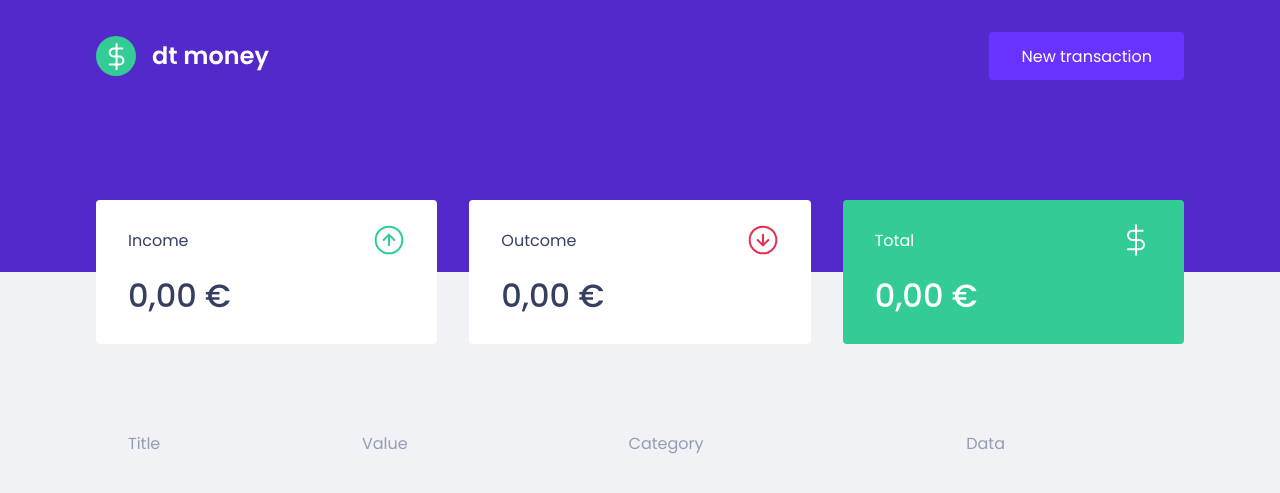
Repository: JoseGu1llardi/dtmoney
Page: /
The author's editor kept a copy of each file at every save. The page is drawn from the files as they stood at one save, then again after the next save.
The browser window is 1280 px wide. The pictures show the whole page.
The page's requests for data from a server got no answer. The project was rebuilt for these pictures with package versions that can differ from the ones it lists, and the page was loaded fresh each time. No one was signed in, and anything a server would have sent is missing.

Above is the page before, as saved 2023-01-08 20:49:12.

### public/index.html
<!DOCTYPE html>
<html lang="en">
  <head>
    <link rel="preconnect" href="https://fonts.googleapis.com" />
    <link rel="preconnect" href="https://fonts.gstatic.com" crossorigin />

    <meta charset="utf-8" />
    <meta name="viewport" content="width=device-width, initial-scale=1" />

    <link
      href="https://fonts.googleapis.com/css2?family=Poppins:wght@400;500;600&display=swap"
      rel="stylesheet"
    />

    <link rel="shortcut icon" href="favicon.png" type="image/png" />

    <title>Guillardi Money</title>
  </head>
  <body>
    <noscript>You need to enable JavaScript to run this app.</noscript>
    <div id="root"></div>
  </body>
</html>

### src/index.tsx
import { StrictMode } from 'react';

import { createRoot } from 'react-dom/client';

import { Model, createServer } from 'miragejs';

import { App } from './App';

createServer({
  models: {
    transaction: Model,
  },

  seeds(server) {
    server.db.loadData({
      transactions: [
        {
          id: 1,
          title: "Application development",
          type: "deposit",
          category: "Development",
          amount: 10000,
          createdAt: new Date('2022-12-15 14:00:00'),
        },
        {
          id: 2,
          title: "House rent",
          type: "withdraw",
          category: "Housing/Survival",
          amount: 1500,
          createdAt: new Date('2022-12-05 09:00:00'),
        }
      ]
    })
  },

  routes() {
    this.namespace = 'api';

    this.get('/transactions', () => {
      return this.schema.all('transaction')
    });

    this.post('/transactions', (schema, request) => {
      const data = JSON.parse(request.requestBody);

      return schema.create('transaction', data);
    })
  }
});

const root = createRoot(
  document.getElementById('root') as HTMLElement
);
root.render(
  <StrictMode>
    <App />
  </StrictMode>
);

### src/App.tsx
import { useState } from 'react';

import { Header } from "./components/Header";
import { Dashboard } from "./components/Dashboard";
import { NewTransactionModal } from './components/NewTransactionModal';

import { GlobalStyle } from "./styles/global";

import { TransactionsProvider } from './contexts/TransactionsContext';

export function App() {
  const [isNewTransactionModalOpen, setIsNewTransactionModalOpen] = useState(false);

  function handleOpenNewTransactionModal() {
    setIsNewTransactionModalOpen(true);
  }

  function handleCloseNewTransactionModal() {
    setIsNewTransactionModalOpen(false);
  }

  return (
    <TransactionsProvider>
      <Header onOpenNewTransactionModal={handleOpenNewTransactionModal} />

      <Dashboard />

      <NewTransactionModal
        isOpen={isNewTransactionModalOpen}
        onRequestClose={handleCloseNewTransactionModal}
      />

      <GlobalStyle />
    </TransactionsProvider>
  );
}

### src/components/Header/index.tsx
import logoImg from '../../assets/logo.svg';

import { Container, Content } from './styles';

interface HeaderProps {
    onOpenNewTransactionModal: () => void;
}

export function Header({ onOpenNewTransactionModal }: HeaderProps) {

    return (
        <Container>
            <Content>
                <img src={logoImg} alt="Logo Guillardi Money" />
                <button onClick={onOpenNewTransactionModal}>
                    New transaction
                </button>

            </Content>
        </Container>
    )
}

### src/components/Dashboard/index.tsx
import { Summary } from "../Summary";
import { TransactionTable } from "../TransactionsTable";

import { Container } from "./styles";


export function Dashboard() {
    return (
        <Container>
            <Summary />
            <TransactionTable />
        </Container>
    )
}

### src/components/NewTransactionModal/index.tsx
import { useState, FormEvent, useContext } from 'react';

import { TransactionsContext } from '../../contexts/TransactionsContext';

import Modal from 'react-modal';

import incomeImg from '../../assets/income.svg';
import outcomeImg from '../../assets/outcome.svg';
import closeImg from '../../assets/close.svg';

import { Container, TransactionTypeContainer, RadioBox } from './styles';

Modal.setAppElement('#root');

interface NewTransactionModalProps {
    isOpen: boolean;
    onRequestClose: () => void;
}

export function NewTransactionModal({ isOpen, onRequestClose }: NewTransactionModalProps) {
    const { createTransaction } = useContext(TransactionsContext);

    const [title, setTitle] = useState('');
    const [amount, setAmount] = useState(0);
    const [category, setCategory] = useState('');
    const [type, setType] = useState('deposit');

    async function handleCreateNewTransaction(e: FormEvent) {
        e.preventDefault();

        await createTransaction({
            title,
            amount,
            type,
            category
        });

        setTitle('');
        setAmount(0);
        setType('deposit');
        setCategory('');

        onRequestClose();
    }

    return (
        <Modal
            isOpen={isOpen}
            onRequestClose={onRequestClose}
            overlayClassName='react-modal-overlay'
            className='react-modal-content'
        >
            <button
                type='button'
                className='react-modal-close'
                onClick={onRequestClose}
            >
                <img src={closeImg} alt="Logo close modal" />
            </button>

            <Container onSubmit={handleCreateNewTransaction}>
                <h2>Register transaction</h2>

                <input
                    type='text'
                    placeholder='Title'
                    value={title}
                    onChange={e => setTitle(e.target.value)}
                />

                <input
                    placeholder='Value'
                    value={amount}
                    onChange={e => setAmount(Number(e.target.value))}
                />

                <TransactionTypeContainer>
                    <RadioBox
                        type='button'
                        onClick={() => setType('deposit')}
                        isActive={type === 'deposit'}
                        activeColor='green'
                    >
                        <img src={incomeImg} alt="Entry" />
                        <span>Input</span>
                    </RadioBox>

                    <RadioBox
                        type='button'
                        onClick={() => setType('withdraw')}
                        isActive={type === 'withdraw'}
                        activeColor='red'
                    >
                        <img src={outcomeImg} alt="Entry" />
                        <span>Output</span>
                    </RadioBox>
                </TransactionTypeContainer>

                <input
                    type="text"
                    placeholder='Category'
                    value={category}
                    onChange={e => setCategory(e.target.value)}
                />

                <button type='submit'>
                    Register
                </button>
            </Container>
        </Modal>
    )
}

### src/styles/global.ts
import { createGlobalStyle } from "styled-components";

export const GlobalStyle = createGlobalStyle`
    :root {
        --background: #F0F2F5;
        --red: #e52e4d;
        --blue: #5429cc;
        --green: #33cc95;
        --white: #FFFFFF;

        --blue-light: #6933ff;

        --text-title: #363f5f;
        --text-body: #969cb3;

        --background: #f0f2f5;
        --shape: #ffffff;
    }

    * {
        margin: 0;
        padding: 0;
        box-sizing: border-box;
    }

    html {
        @media (max-width: 1080px) {
            font-size: 93.75%;

        @media (max-width: 720px) {
            font-size: 87.5%;
        }
    }

    }

    body {
        background: var(--background);
        -webkit-font-smoothing: antialiased;
    }

    body, input, textarea, button {
        font-family: 'Poppins', sans-serif;
        font-weight: 400;
    }

    h1, h2, h3, h4, h5, h6, strong {
        font-weight: 600;
    }

    button {
        cursor: pointer;
    }

    [disabled] {
        opacity: 0.6;
        cursor: not-allowed;
    }

    .react-modal-overlay {
        background: rgba(0, 0, 0, .5);

        position: fixed;
        top: 0;
        bottom: 0;
        left: 0;
        right: 0;

        display: flex;
        align-items: center;
        justify-content: center;
    }

    .react-modal-content {
        width: 100%;
        max-width: 576px;
        background: var(--background);
        padding: 3rem;
        position: relative;
        border-radius: .25rem;
    }

    .react-modal-close {
        position: absolute;
        right: 1.5rem;
        top: 1.5rem;
        border: 0;
        background: transparent;

        transition: filter .2s;

        &:hover {
            filter: brightness(.7);
        }
    }
`;

### src/contexts/TransactionsContext.tsx
import { createContext, useState, useEffect, ReactNode } from "react";

import { api } from '../services/api';

interface Transaction {
    id: number;
    title: string;
    amount: number;
    type: string;
    category: string;
    createdAt: string;
}

interface TransactionsContextData {
    transactions: Transaction[];
    createTransaction: (transaction: TransactionInput) => Promise<void>;
}

export const TransactionsContext = createContext<TransactionsContextData>({} as TransactionsContextData);

type TransactionInput = Omit<Transaction, 'id' | 'createdAt'>;

interface TransactionProviderPros {
    children: ReactNode;
}

export function TransactionsProvider({ children }: TransactionProviderPros) {
    const [transactions, setTransactions] = useState<Transaction[]>([]);

    useEffect(() => {
        api.get('transactions')
            .then(res => setTransactions(res.data.transactions));
    }, [transactions]);

    async function createTransaction(transactionInput: TransactionInput) {
        const response = await api.post('/transactions', {
            ...transactionInput,
            createdAt: new Date(),
        });

        const { transaction } = response.data;

        setTransactions([...transactions, transaction]);
    }

    return (
        <TransactionsContext.Provider value={{ transactions, createTransaction }}>
            {children}
        </TransactionsContext.Provider>
    )
}

### src/components/Header/styles.ts
import styled from "styled-components";

export const Container = styled.header`
  background: var(--blue);
`;

export const Content = styled.div`
  max-width: 1120px;
  margin: 0 auto;

  padding: 2rem 1rem 12rem;
  display: flex;
  align-items: center;
  justify-content: space-between;

  button {
    font-size: 1rem;
    color: white;
    background: var(--blue-light);
    border: 0;
    padding: 0 2rem;
    border-radius: 0.25rem;
    height: 3rem;

    transition: filter 0.2s;

    &:hover {
      filter: brightness(0.9);
    }
  }
`;

### src/components/Summary/index.tsx
import { useContext } from 'react';

import { TransactionsContext } from '../../contexts/TransactionsContext';

import { Container } from './styles';

import incomeImg from '../../assets/income.svg';
import outcomeImg from '../../assets/outcome.svg';
import totalImg from '../../assets/total.svg';

export function Summary() {
    const { transactions } = useContext(TransactionsContext);

    const summary = transactions.reduce((acc, transaction) => {
        if (transaction.type === 'deposit') {
            acc.deposits += transaction.amount
            acc.total += transaction.amount
        } else {
            acc.withdraws += transaction.amount;
            acc.total -= transaction.amount;
        }

        return acc;

    }, {
        deposits: 0,
        withdraws: 0,
        total: 0
    });

    return (
        <Container>
            <div>
                <header>
                    <p>Income</p>
                    <img src={incomeImg} alt="Logo income" />
                </header>
                <strong>{new Intl.NumberFormat('de-DE', {
                    style: 'currency',
                    currency: 'EUR',
                }).format(summary.deposits)}</strong>
            </div>

            <div>
                <header>
                    <p>Outcome</p>
                    <img src={outcomeImg} alt="Logo outcome" />
                </header>
                <strong>{new Intl.NumberFormat('de-DE', {
                    style: 'currency',
                    currency: 'EUR',
                }).format(summary.withdraws)}</strong>
            </div>

            <div className="highlight-background">
                <header>
                    <p>Total</p>
                    <img src={totalImg} alt="Logo total" />
                </header>
                <strong>{new Intl.NumberFormat('de-DE', {
                    style: 'currency',
                    currency: 'EUR',
                }).format(summary.total)}</strong>
            </div>
        </Container>
    )
}

### src/components/TransactionsTable/index.tsx
import { useContext } from 'react';

import { TransactionsContext } from '../../contexts/TransactionsContext';

import { Container } from './styles';

export function TransactionTable() {
    const { transactions } = useContext(TransactionsContext);

    return (
        <Container>
            <table>
                <thead>
                    <tr>
                        <th>Title</th>
                        <th>Value</th>
                        <th>Category</th>
                        <th>Data</th>
                    </tr>
                </thead>

                <tbody>
                    {
                        transactions.map(transaction => (
                            <tr key={transaction.id}>
                                <td>{transaction.title}</td>
                                <td className={transaction.type}>
                                    {new Intl.NumberFormat('de-DE', {
                                        style: 'currency',
                                        currency: 'EUR'
                                    }).format(transaction.amount)}
                                </td>
                                <td>{transaction.category}</td>
                                <td>
                                    {new Intl.DateTimeFormat('pt-BR').format(new Date(transaction.createdAt))}
                                </td>
                            </tr>
                        ))
                    }
                </tbody>
            </table>
        </Container>
    )
}

### src/components/NewTransactionModal/styles.ts
import styled from "styled-components";

import { darken, transparentize } from "polished";

export const Container = styled.form`
  h2 {
    color: var(--text-title);
    font-size: 1.5rem;
    margin-bottom: 2rem;
  }

  input {
    width: 100%;
    height: 4rem;
    padding: 0 1.5rem;

    background: #e7e9ee;
    border-radius: 0.25rem;
    border: 1px solid #d7d7d7;

    font-weight: 400;
    font-size: 1rem;

    &::placeholder {
      color: var(--text-body);
    }

    & + input {
      margin-top: 1rem;
    }
  }

  button[type="submit"] {
    width: 100%;
    padding: 0 1.5rem;
    height: 4rem;
    background: var(--green);
    color: var(--white);
    border-radius: 0.25rem;
    border: 0;
    font-size: 1rem;
    font-weight: 600;
    margin-top: 1.5rem;

    transition: filter 0.2s;

    &:hover {
      filter: brightness(0.9);
    }
  }
`;

export const TransactionTypeContainer = styled.div`
  margin: 1rem 0;
  display: grid;
  grid-template-columns: repeat(2, 1fr);
  gap: 0.5rem;
`;

interface RadioBoxProps {
  isActive: boolean;
  activeColor: "green" | "red";
}

const colors = {
  green: "#33cc95",
  red: "#e52e4d",
};

export const RadioBox = styled.button<RadioBoxProps>`
  height: 4rem;
  border: 1px solid #d7d7d7;
  border-radius: 0.25rem;

  background: ${(props) =>
    props.isActive
      ? transparentize(0.7, colors[props.activeColor])
      : "transparent"};

  display: flex;
  align-items: center;
  justify-content: center;

  transition: border-color 0.2s;

  &:hover {
    border-color: ${darken(0.1, "#D7D7D7")};
  }

  img {
    width: 20px;
    height: 20px;
  }

  span {
    display: inline-block;
    margin-left: 1rem;
    font-size: 1rem;
    color: var(--text-title);
    font-weight: 500;
  }
`;

### src/components/Summary/styles.ts
import styled from "styled-components";

export const Container = styled.div`
  display: grid;
  grid-template-columns: repeat(3, 1fr);
  gap: 2rem;
  margin-top: -7rem;

  div {
    background: var(--shape);
    padding: 1.5rem 2rem;
    border-radius: 0.25rem;
    color: var(--text-title);

    header {
      display: flex;
      align-items: center;
      justify-content: space-between;
    }

    strong {
      display: block;
      margin-top: 1rem;
      font-size: 2rem;
      font-weight: 500;
    }

    &.highlight-background {
      background: var(--green);
      color: white;
    }
  }
`;

Loaded but not shown: src/components/Dashboard/styles.ts (common file); src/services/api.ts (common file); src/components/TransactionsTable/styles.ts (common file)

After the next save:
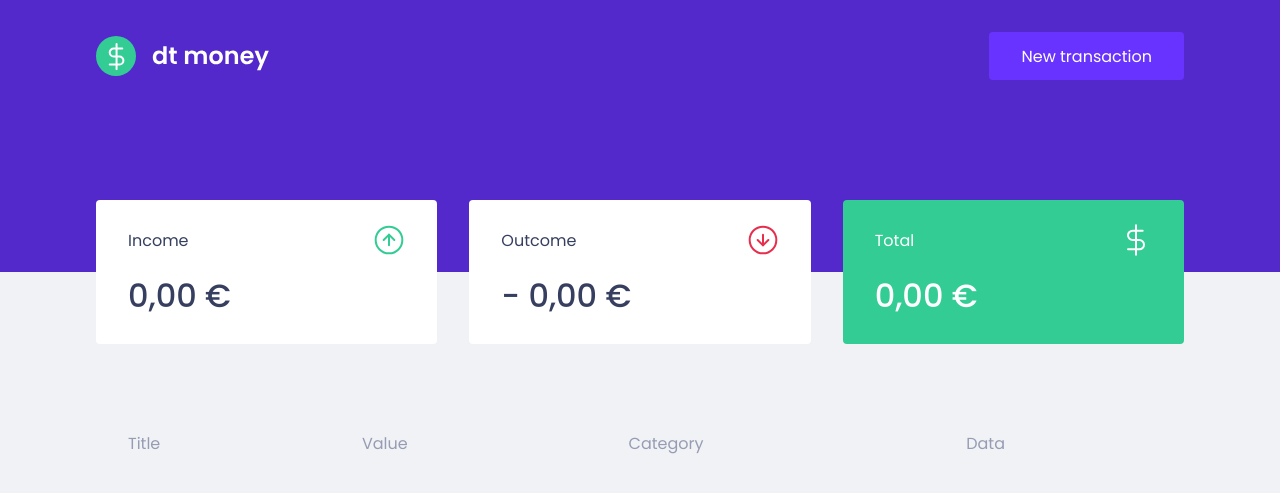
Saved 2 min 13 s later.
--- a/src/components/Summary/index.tsx
+++ b/src/components/Summary/index.tsx
@@ -46,7 +46,7 @@
                     <p>Outcome</p>
                     <img src={outcomeImg} alt="Logo outcome" />
                 </header>
-                <strong>{new Intl.NumberFormat('de-DE', {
+                <strong>- {new Intl.NumberFormat('de-DE', {
                     style: 'currency',
                     currency: 'EUR',
                 }).format(summary.withdraws)}</strong>

After the save that followed:
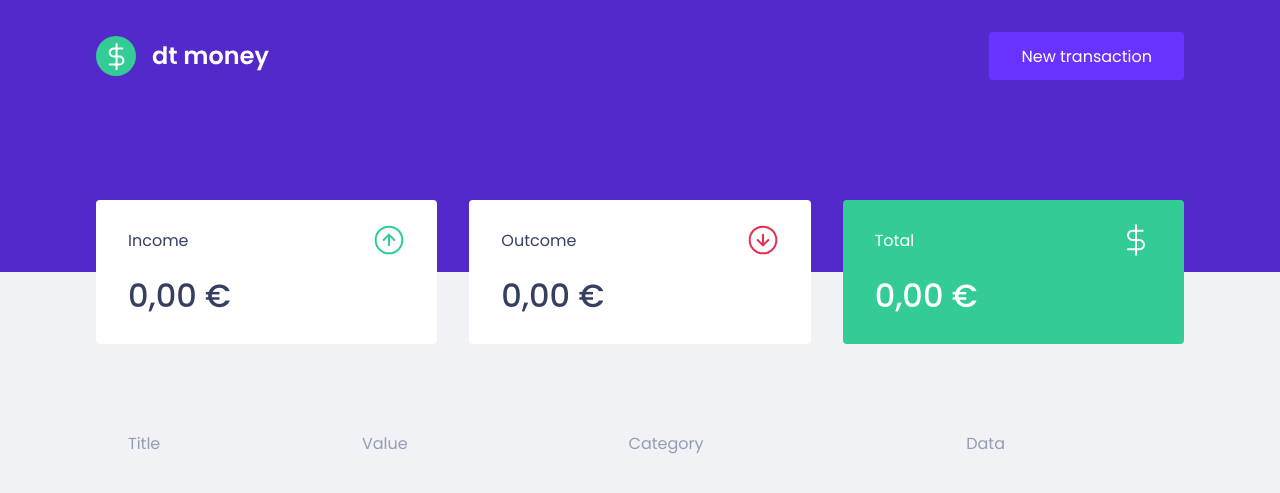
Saved 43 s later.
--- a/src/components/Summary/index.tsx
+++ b/src/components/Summary/index.tsx
@@ -16,7 +16,7 @@
             acc.deposits += transaction.amount
             acc.total += transaction.amount
         } else {
-            acc.withdraws += transaction.amount;
+            acc.withdraws -= transaction.amount;
             acc.total -= transaction.amount;
         }
 
@@ -46,7 +46,7 @@
                     <p>Outcome</p>
                     <img src={outcomeImg} alt="Logo outcome" />
                 </header>
-                <strong>- {new Intl.NumberFormat('de-DE', {
+                <strong>{new Intl.NumberFormat('de-DE', {
                     style: 'currency',
                     currency: 'EUR',
                 }).format(summary.withdraws)}</strong>
